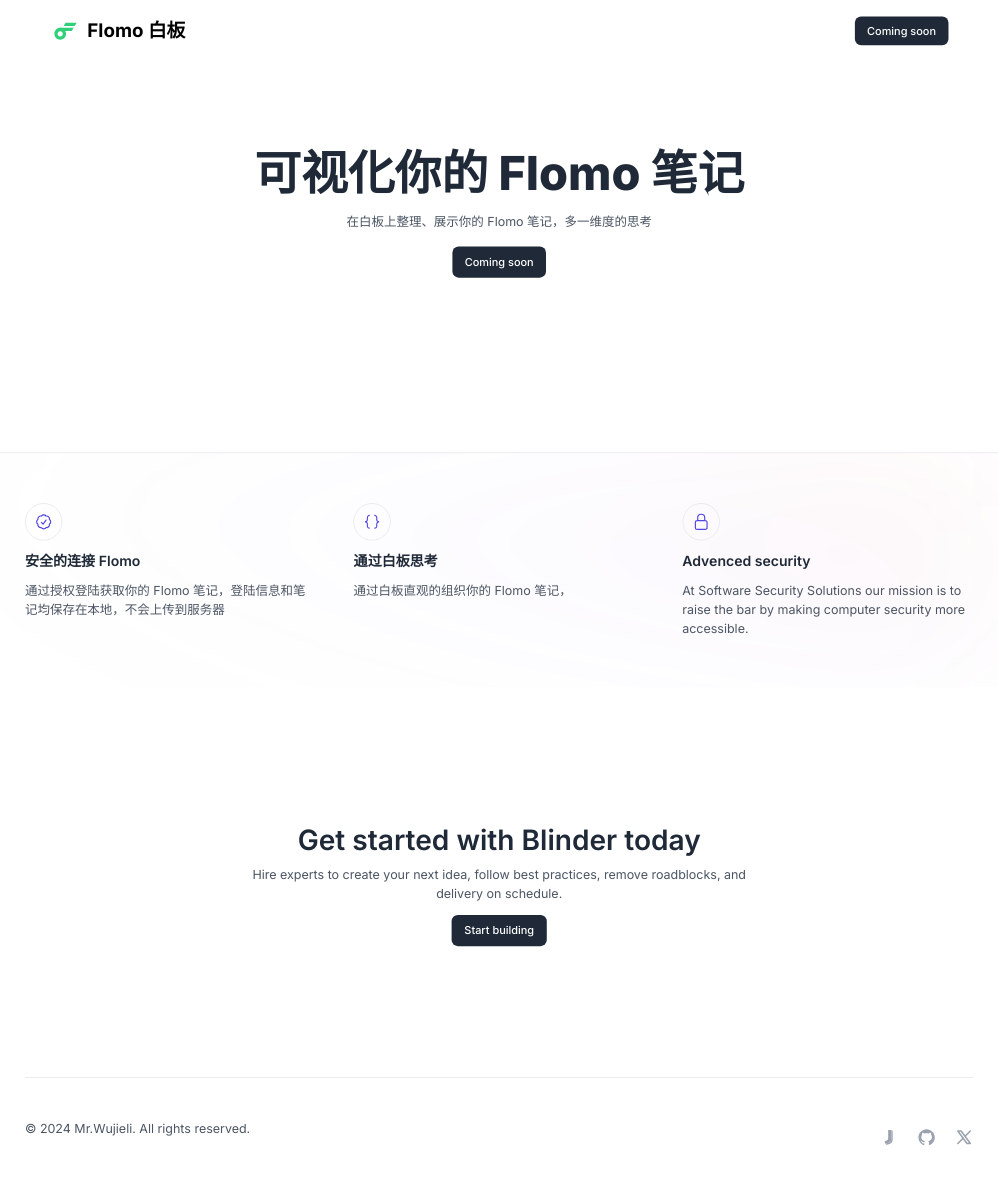
Repository: wujieli0207/flomo-board
Page: /
The author's editor kept a copy of each file at every save. The page is drawn from the files as they stood at one save, then again after the next save.
The browser window is 1280 px wide. The pictures show the whole page, at 78% of full size.
The project was rebuilt for these pictures with package versions that can differ from the ones it lists, and the page was loaded fresh each time. The framework's server and built-in components were replaced by stand-ins that run in the browser. Also part of the build but not shown: next.config.mjs.

Above is the page before, as saved 2024-06-22 20:23:14.

### app/page.tsx
import GradientWrapper from '@/components/GradientWrapper'
import Features from '@/components/ui/Features'
import Footer from '@/components/ui/Footer'
import FooterCTA from '@/components/ui/FooterCTA'
import Hero from '@/components/ui/Hero'
import Navbar from '@/components/ui/Navbar'

export default function Home() {
  return (
    <>
      <Navbar />
      <main className="flex min-h-screen flex-col items-center justify-between">
        <Hero />
        <GradientWrapper>
          <Features />
        </GradientWrapper>
        <FooterCTA />
      </main>
      <Footer />
    </>
  )
}

### app/globals.css
@tailwind base;
@tailwind components;
@tailwind utilities;

.custom-screen {
  @apply max-w-screen-xl mx-auto px-4 md:px-8;
}

.gradient-border {
  border: 1px solid transparent;
  background: linear-gradient(white, white),
    linear-gradient(
      25deg,
      rgba(209, 213, 219, 1),
      rgba(209, 213, 219, 1),
      rgba(0, 0, 0, 0.63),
      rgba(209, 213, 219, 1),
      rgba(209, 213, 219, 1)
    );
  background-clip: padding-box, border-box;
  background-origin: padding-box, border-box;
}

### components/GradientWrapper.tsx
import { ReactNode } from 'react'

interface IProps {
  children: ReactNode
  className?: string
}

const GradientWrapper = ({ children, className = '' }: IProps) => (
  <div
    className={`relative overflow-hidden my-16 border-t sm:my-28 ${
      className ?? ''
    }`}
  >
    <div
      className="blur-[100px] absolute inset-0 w-full h-full"
      style={{
        background:
          'linear-gradient(202.72deg, rgba(237, 78, 80, 0.05) 14.76%, rgba(152, 103, 240, 0.04) 34.37%, rgba(152, 103, 240, 0) 86.62%)',
      }}
    ></div>
    <div className="relative">{children}</div>
  </div>
)

export default GradientWrapper

### components/ui/Features/index.tsx
import SectionWrapper from '../../SectionWrapper'

const Features = () => {
  const features = [
    {
      icon: (
        <svg
          xmlns="http://www.w3.org/2000/svg"
          fill="none"
          viewBox="0 0 24 24"
          strokeWidth={1.5}
          stroke="currentColor"
          className="w-6 h-6"
        >
          <path
            strokeLinecap="round"
            strokeLinejoin="round"
            d="M9 12.75L11.25 15 15 9.75M21 12c0 1.268-.63 2.39-1.593 3.068a3.745 3.745 0 01-1.043 3.296 3.745 3.745 0 01-3.296 1.043A3.745 3.745 0 0112 21c-1.268 0-2.39-.63-3.068-1.593a3.746 3.746 0 01-3.296-1.043 3.745 3.745 0 01-1.043-3.296A3.745 3.745 0 013 12c0-1.268.63-2.39 1.593-3.068a3.745 3.745 0 011.043-3.296 3.746 3.746 0 013.296-1.043A3.746 3.746 0 0112 3c1.268 0 2.39.63 3.068 1.593a3.746 3.746 0 013.296 1.043 3.746 3.746 0 011.043 3.296A3.745 3.745 0 0121 12z"
          />
        </svg>
      ),
      title: '安全的连接 Flomo',
      desc: '通过授权登陆获取你的 Flomo 笔记，登陆信息和笔记均保存在本地，不会上传到服务器',
    },
    {
      icon: (
        <svg
          className="w-6 h-6"
          viewBox="0 0 24 24"
          fill="none"
          xmlns="http://www.w3.org/2000/svg"
        >
          <path
            fill-rule="evenodd"
            clip-rule="evenodd"
            d="M9 4.476V3H8.865C8.3955 3 7.941 3.093 7.5015 3.2775C7.06407 3.46087 6.66854 3.73136 6.339 4.0725C6.01829 4.39483 5.76667 4.77915 5.5995 5.202V5.2035C5.45069 5.60502 5.35097 6.02305 5.3025 6.4485V6.4515C5.25984 6.8816 5.24781 7.31419 5.2665 7.746C5.2845 8.181 5.2935 8.616 5.2935 9.0495C5.2935 9.354 5.2335 9.639 5.118 9.9075V9.909C4.89786 10.433 4.48805 10.8546 3.9705 11.0895C3.70659 11.2048 3.42148 11.2635 3.1335 11.262H3V12.738H3.135C3.4275 12.738 3.705 12.798 3.969 12.9195L3.9705 12.921C4.2375 13.038 4.464 13.197 4.653 13.398L4.656 13.401C4.851 13.596 5.0055 13.8285 5.1165 14.0985L5.118 14.1015C5.235 14.3715 5.2935 14.6535 5.2935 14.9505C5.2935 15.3855 5.2845 15.8205 5.2665 16.254C5.2485 16.698 5.2605 17.1315 5.3025 17.559V17.5605C5.352 17.985 5.451 18.3975 5.598 18.7965V18.798C5.757 19.2075 6.0045 19.584 6.339 19.9275C6.6735 20.2725 7.062 20.538 7.5015 20.7225C7.941 20.907 8.3955 21 8.8665 21H9V19.524H8.865C8.565 19.524 8.2845 19.467 8.0205 19.3515C7.76585 19.2325 7.53389 19.0701 7.335 18.8715C7.14192 18.666 6.98519 18.4291 6.8715 18.171C6.7605 17.901 6.7065 17.616 6.7065 17.3115C6.7065 16.9695 6.711 16.632 6.723 16.3035C6.735 15.9615 6.735 15.6285 6.723 15.306C6.71771 14.9845 6.69015 14.6637 6.6405 14.346C6.59278 14.0326 6.50819 13.726 6.3885 13.4325C6.15504 12.8646 5.77322 12.3698 5.283 12C5.77377 11.6304 6.15612 11.1356 6.39 10.5675C6.51 10.2795 6.5925 9.978 6.642 9.6645C6.6915 9.3495 6.7185 9.03 6.7245 8.7045C6.7365 8.3745 6.7365 8.0415 6.7245 7.7055C6.7125 7.3695 6.7065 7.0305 6.7065 6.6885C6.7039 6.25858 6.82703 5.83727 7.06076 5.47643C7.29448 5.11558 7.6286 4.83093 8.022 4.6575C8.28687 4.53605 8.57512 4.4741 8.8665 4.476H9ZM15 19.524V21H15.135C15.6045 21 16.059 20.907 16.4985 20.7225C16.938 20.538 17.3265 20.2725 17.661 19.9275C17.9955 19.5825 18.243 19.2075 18.4005 18.798V18.7965C18.5505 18.3975 18.648 17.982 18.6975 17.5515V17.5485C18.7395 17.1285 18.7515 16.698 18.7335 16.254C18.7155 15.819 18.7065 15.384 18.7065 14.9505C18.7065 14.646 18.7665 14.361 18.882 14.0925V14.091C19.1019 13.5668 19.5118 13.1452 20.0295 12.9105C20.2935 12.7954 20.5785 12.7367 20.8665 12.738H21V11.262H20.865C20.571 11.262 20.2935 11.202 20.0295 11.0805L20.028 11.079C19.7705 10.968 19.5382 10.8057 19.3455 10.602L19.3425 10.599C19.1443 10.3993 18.9878 10.1622 18.882 9.9015V9.8985C18.7648 9.63083 18.7045 9.34171 18.705 9.0495C18.705 8.6145 18.714 8.1795 18.732 7.746C18.7507 7.3107 18.7387 6.87461 18.696 6.441V6.4395C18.6474 6.01715 18.5482 5.60217 18.4005 5.2035V5.202C18.2329 4.77902 17.9807 4.39469 17.6595 4.0725C17.3299 3.7314 16.9344 3.46091 16.497 3.2775C16.0653 3.09415 15.601 2.99977 15.132 3H15V4.476H15.135C15.435 4.476 15.7155 4.533 15.978 4.6485C16.239 4.7715 16.467 4.9305 16.6635 5.1285C16.854 5.3295 17.0085 5.5635 17.127 5.829C17.238 6.099 17.292 6.384 17.292 6.6885C17.292 7.0305 17.2875 7.3665 17.2755 7.6965C17.2635 8.0385 17.2635 8.3715 17.2755 8.694C17.2815 9.027 17.3085 9.3465 17.358 9.654C17.4075 9.975 17.4915 10.278 17.61 10.5675C17.8439 11.1356 18.2263 11.6303 18.717 12C18.2263 12.3697 17.8439 12.8644 17.61 13.4325C17.4912 13.7227 17.4066 14.0257 17.358 14.3355C17.3085 14.6505 17.2815 14.97 17.2755 15.2955C17.2634 15.6284 17.2634 15.9616 17.2755 16.2945C17.2875 16.6305 17.2935 16.9695 17.2935 17.3115C17.2959 17.7414 17.1727 18.1626 16.939 18.5234C16.7053 18.8842 16.3713 19.1689 15.978 19.3425C15.7131 19.4639 15.4249 19.5259 15.1335 19.524H15Z"
            fill="currentColor"
          />
        </svg>
      ),
      title: '通过白板思考',
      desc: '通过白板直观的组织你的 Flomo 笔记，',
    },
    {
      icon: (
        <svg
          xmlns="http://www.w3.org/2000/svg"
          fill="none"
          viewBox="0 0 24 24"
          strokeWidth={1.5}
          stroke="currentColor"
          className="w-6 h-6"
        >
          <path
            strokeLinecap="round"
            strokeLinejoin="round"
            d="M16.5 10.5V6.75a4.5 4.5 0 10-9 0v3.75m-.75 11.25h10.5a2.25 2.25 0 002.25-2.25v-6.75a2.25 2.25 0 00-2.25-2.25H6.75a2.25 2.25 0 00-2.25 2.25v6.75a2.25 2.25 0 002.25 2.25z"
          />
        </svg>
      ),
      title: 'Advenced security',
      desc: 'At Software Security Solutions our mission is to raise the bar by making computer security more accessible.',
    },
  ]

  return (
    <SectionWrapper>
      <div id="features" className="custom-screen text-gray-600">
        <ul className="grid gap-x-12 gap-y-8 sm:grid-cols-2 lg:grid-cols-3">
          {features.map((item, idx) => (
            <li key={idx} className="space-y-3">
              <div className="w-12 h-12 border text-indigo-600 rounded-full flex items-center justify-center">
                {item.icon}
              </div>
              <h4 className="text-lg text-gray-800 font-semibold">
                {item.title}
              </h4>
              <p>{item.desc}</p>
            </li>
          ))}
        </ul>
      </div>
    </SectionWrapper>
  )
}

export default Features

### components/ui/Footer/index.tsx
import Link from 'next/link'

const socialInfo = [
  {
    icon: (
      <svg
        className="fill-current h-6"
        viewBox="0 0 1024 1024"
        version="1.1"
        xmlns="http://www.w3.org/2000/svg"
        p-id="11966"
      >
        <path
          d="M297.88660622 864.60698169a17.99472925 17.99472925 0 0 1-1.92238933 0.35535076l61.27179093 59.73970488c58.91832035-5.41181725 116.59000035-20.90744035 159.05150293-36.26325333 42.49645511-15.39076551 77.44316302-35.15642311 104.9100288-59.38435413a221.79130027 221.79130027 0 0 0 61.02129778-87.27647574c13.18293049-33.98551325 19.77148302-73.20225565 19.77148302-117.66187804V404.55008711c0-49.51608889 0.18058809-92.43779982 0.53593885-128.73600569 0.35535075-36.3331584 0.57089138-69.10698382 0.57089138-98.42633387l-68.53609245-54.67741297c0 29.24361955-0.18058809 62.01744498-0.53593884 98.31565084s-0.53593885 79.22574222-0.53593884 128.73600569v219.57763982c0 44.45379698-6.58855253 83.6763648-19.77148303 117.62692552a221.8786816 221.8786816 0 0 1-61.02129777 87.27647573c-27.43191325 24.2221056-62.40774827 44.02854115-104.9100288 59.38435413-41.93138915 15.16357405-91.9076864 25.49787307-149.89976463 30.97959538z"
          p-id="11967"
        ></path>
        <path
          d="M634.59018525 122.59965155c0 29.27857209-0.21554062 62.08735005-0.57089138 98.39138134a13396.43221333 13396.43221333 0 0 0-0.53593885 128.77678364v219.57763982c0 44.45379698-6.58855253 83.6763648-19.80643555 117.62692552a221.85537991 221.85537991 0 0 1-60.98634525 87.27647573c-27.46686578 24.2221056-62.44852622 44.02854115-104.9100288 59.38435413s-93.15432675 25.75419165-152.07264711 31.17183432l-33.05927111-142.02379378c26.85519645-2.98261618 53.48320142-7.79441493 79.68595058-14.38879289a165.97210453 165.97210453 0 0 0 59.62902187-28.46301298c18.05880889-14.06839467 31.70194773-31.77767822 40.96436906-53.1103744 9.19251627-21.3385216 13.78294898-49.51608889 13.78294898-84.5676544 0-28.21251982 0.1048576-57.92217315 0.28544569-89.19886507 0.18058809-31.24173938 0.25049315-63.51457849 0.25049315-96.74861226 0-57.85226809-0.25049315-103.83815111-0.786432-137.99842702-0.57089138-34.16027591-0.9961472-66.04281173-1.35149795-95.68256h179.42882987l0.0524288-0.0233017z"
          p-id="11968"
        ></path>
      </svg>
    ),
    href: 'https://web.okjike.com/u/737645D8-42B5-4B4F-9687-DCA50D85DE1A',
  },
  {
    icon: (
      <svg
        className="fill-current h-6 icon"
        viewBox="0 0 1024 1024"
        version="1.1"
        xmlns="http://www.w3.org/2000/svg"
        p-id="10708"
      >
        <path
          d="M511.6 76.3C264.3 76.2 64 276.4 64 523.5 64 718.9 189.3 885 363.8 946c23.5 5.9 19.9-10.8 19.9-22.2v-77.5c-135.7 15.9-141.2-73.9-150.3-88.9C215 726 171.5 718 184.5 703c30.9-15.9 62.4 4 98.9 57.9 26.4 39.1 77.9 32.5 104 26 5.7-23.5 17.9-44.5 34.7-60.8-140.6-25.2-199.2-111-199.2-213 0-49.5 16.3-95 48.3-131.7-20.4-60.5 1.9-112.3 4.9-120 58.1-5.2 118.5 41.6 123.2 45.3 33-8.9 70.7-13.6 112.9-13.6 42.4 0 80.2 4.9 113.5 13.9 11.3-8.6 67.3-48.8 121.3-43.9 2.9 7.7 24.7 58.3 5.5 118 32.4 36.8 48.9 82.7 48.9 132.3 0 102.2-59 188.1-200 212.9 23.5 23.2 38.1 55.4 38.1 91v112.5c0.8 9 0 17.9 15 17.9 177.1-59.7 304.6-227 304.6-424.1 0-247.2-200.4-447.3-447.5-447.3z"
          p-id="10709"
        ></path>
      </svg>
    ),
    href: 'https://github.com/wujieli0207',
  },
  {
    icon: (
      <svg
        xmlns="http://www.w3.org/2000/svg"
        width="24"
        height="24"
        viewBox="0 0 24 24"
        fill="none"
        stroke="currentColor"
        stroke-width="2"
        stroke-linecap="round"
        stroke-linejoin="round"
      >
        <path stroke="none" d="M0 0h24v24H0z" fill="none" />
        <path d="M4 4l11.733 16h4.267l-11.733 -16z" />
        <path d="M4 20l6.768 -6.768m2.46 -2.46l6.772 -6.772" />
      </svg>
    ),
    href: 'https://x.com/li_wujie',
  },
]

const Footer = () => (
  <footer>
    <div className="custom-screen pt-16">
      <div className="mt-10 py-10 border-t items-center justify-between sm:flex">
        <p className="text-gray-600">
          © 2024{' '}
          <Link
            href="https://wujieli.com"
            target="_blank"
            className="hover:text-gray-800 hover:underline duration-150"
          >
            Mr.Wujieli
          </Link>
          . All rights reserved.
        </p>
        <div className="flex items-center gap-x-6 text-gray-400 mt-6">
          {socialInfo.map((item, idx) => (
            <a
              key={idx}
              href={item.href}
              aria-label="social media"
              target="_blank"
              rel="noreferrer"
            >
              {item.icon}
            </a>
          ))}
        </div>
      </div>
    </div>
  </footer>
)

export default Footer

### components/ui/FooterCTA/index.tsx
import SectionWrapper from '../../SectionWrapper'
import NavLink from '../NavLink'

const FooterCTA = () => (
  <SectionWrapper>
    <div className="custom-screen">
      <div className="max-w-2xl mx-auto text-center">
        <h2 className="text-gray-800 text-3xl font-semibold sm:text-4xl">
          Get started with Blinder today
        </h2>
        <p className="mt-3 text-gray-600">
          Hire experts to create your next idea, follow best practices, remove
          roadblocks, and delivery on schedule.
        </p>
        <NavLink
          href="/get-started"
          className="mt-4 inline-block font-medium text-sm text-white bg-gray-800 hover:bg-gray-600 active:bg-gray-900"
        >
          Start building
        </NavLink>
      </div>
    </div>
  </SectionWrapper>
)

export default FooterCTA

### components/ui/Hero/index.tsx
import NavLink from '../NavLink'

const Hero = () => (
  <section>
    <div className="custom-screen py-28 text-gray-600">
      <div className="space-y-5 max-w-4xl mx-auto text-center">
        <h1 className="text-4xl text-gray-800 font-extrabold mx-auto sm:text-6xl">
          可视化你的 Flomo 笔记
        </h1>
        <p className="max-w-xl mx-auto">
          在白板上整理、展示你的 Flomo 笔记，多一维度的思考
        </p>
        <div className="flex items-center justify-center gap-x-3 font-medium text-sm">
          <NavLink
            href="/"
            className="text-white bg-gray-800 hover:bg-gray-600 active:bg-gray-900 "
          >
            Coming soon
          </NavLink>
          {/* <NavLink
            href="#cta"
            className="text-gray-700 border hover:bg-gray-50"
          >
            Learn more
          </NavLink> */}
        </div>
      </div>
    </div>
  </section>
)

export default Hero

### components/ui/Navbar/index.tsx
'use client'

import Link from 'next/link'
import { useEffect, useState } from 'react'
import Brand from '../Brand'
import NavLink from '../NavLink'

const Navbar = () => {
  const [state, setState] = useState(false)
  // const { events } = useRouter()

  // const navigation = [{ title: 'Features', path: '#features' }]

  useEffect(() => {
    // Close the navbar menu when navigate
    const handleState = () => {
      document.body.classList.remove('overflow-hidden')
      setState(false)
    }
    // events.on('routeChangeStart', () => handleState())
    // events.on('hashChangeStart', () => handleState())
  }, [])

  const handleNavMenu = () => {
    setState(!state)
    document.body.classList.toggle('overflow-hidden')
  }

  return (
    <nav
      className={`bg-white w-full px-8 md:static md:text-sm ${
        state ? 'fixed z-10 h-full' : ''
      }`}
    >
      <div className="custom-screen items-center mx-auto md:flex">
        <div className="flex items-center justify-between py-3 md:py-5 md:block">
          <Brand />
          <div className="md:hidden">
            <button
              role="button"
              aria-label="Open the menu"
              className="text-gray-500 hover:text-gray-800"
              onClick={handleNavMenu}
            >
              {state ? (
                <svg
                  xmlns="http://www.w3.org/2000/svg"
                  className="h-6 w-6"
                  viewBox="0 0 20 20"
                  fill="currentColor"
                >
                  <path
                    fillRule="evenodd"
                    d="M4.293 4.293a1 1 0 011.414 0L10 8.586l4.293-4.293a1 1 0 111.414 1.414L11.414 10l4.293 4.293a1 1 0 01-1.414 1.414L10 11.414l-4.293 4.293a1 1 0 01-1.414-1.414L8.586 10 4.293 5.707a1 1 0 010-1.414z"
                    clipRule="evenodd"
                  />
                </svg>
              ) : (
                <svg
                  xmlns="http://www.w3.org/2000/svg"
                  fill="none"
                  viewBox="0 0 24 24"
                  strokeWidth={1.5}
                  stroke="currentColor"
                  className="w-6 h-6"
                >
                  <path
                    strokeLinecap="round"
                    strokeLinejoin="round"
                    d="M3.75 6.75h16.5M3.75 12h16.5m-16.5 5.25h16.5"
                  />
                </svg>
              )}
            </button>
          </div>
        </div>
        <div
          className={`flex-1 pb-3 mt-8 md:pb-0 md:mt-0 md:block ${
            state ? '' : 'hidden'
          }`}
        >
          <ul className="text-gray-700 justify-end items-center space-y-6 md:flex md:space-x-6 md:space-y-0 md:text-gray-600 md:font-medium">
            {/* {navigation.map((item, idx) => {
              return (
                <li key={idx} className="duration-150 hover:text-gray-900">
                  <Link href={item.path} className="block">
                    {item.title}
                  </Link>
                </li>
              )
            })} */}
            <li>
              <NavLink
                href="/"
                className="block font-medium text-sm text-white bg-gray-800 hover:bg-gray-600 active:bg-gray-900 md:inline"
              >
                Coming soon
              </NavLink>
            </li>
          </ul>
        </div>
      </div>
    </nav>
  )
}

export default Navbar

### components/SectionWrapper.tsx
import { ReactNode } from 'react'

interface IProps {
  children: ReactNode
  id?: string
  className?: string
}

const SectionWrapper = ({ children, id, className }: IProps) => (
  <section id={id} className={`py-16 ${className ?? ''}`}>
    {children}
  </section>
)

export default SectionWrapper

### components/ui/NavLink/index.tsx
import Link from 'next/link'
import { ReactNode } from 'react'

interface IProps {
  children: ReactNode
  href: string
  className?: string
}

const NavLink = ({ children, href, className = '' }: IProps) => (
  <Link
    href={href}
    className={`py-2.5 px-4 text-center rounded-lg duration-150 ${className}`}
  >
    {children}
  </Link>
)

export default NavLink

### components/ui/Brand/index.tsx
import Image from 'next/image'
import Link from 'next/link'

const Brand = () => (
  <Link href="/" className="flex items-center">
    <Image src="/logo.svg" width={40} height={40} alt="logo" />
    <h1 className="ml-2 text-2xl font-bold">Flomo 白板</h1>
  </Link>
)
export default Brand

### tailwind.config.ts
import type { Config } from 'tailwindcss'

const config: Config = {
  content: [
    './pages/**/*.{js,ts,jsx,tsx,mdx}',
    './components/**/*.{js,ts,jsx,tsx,mdx}',
    './app/**/*.{js,ts,jsx,tsx,mdx}',
  ],
  theme: {
    extend: {
      backgroundImage: {
        'gradient-radial': 'radial-gradient(var(--tw-gradient-stops))',
        'gradient-conic':
          'conic-gradient(from 180deg at 50% 50%, var(--tw-gradient-stops))',
      },
    },
  },
  plugins: [
    require('@tailwindcss/forms')({
      strategy: 'class', // only generate classes
    }),
  ],
}
export default config

Loaded but not shown: app/layout.tsx (common file)

After the next save:
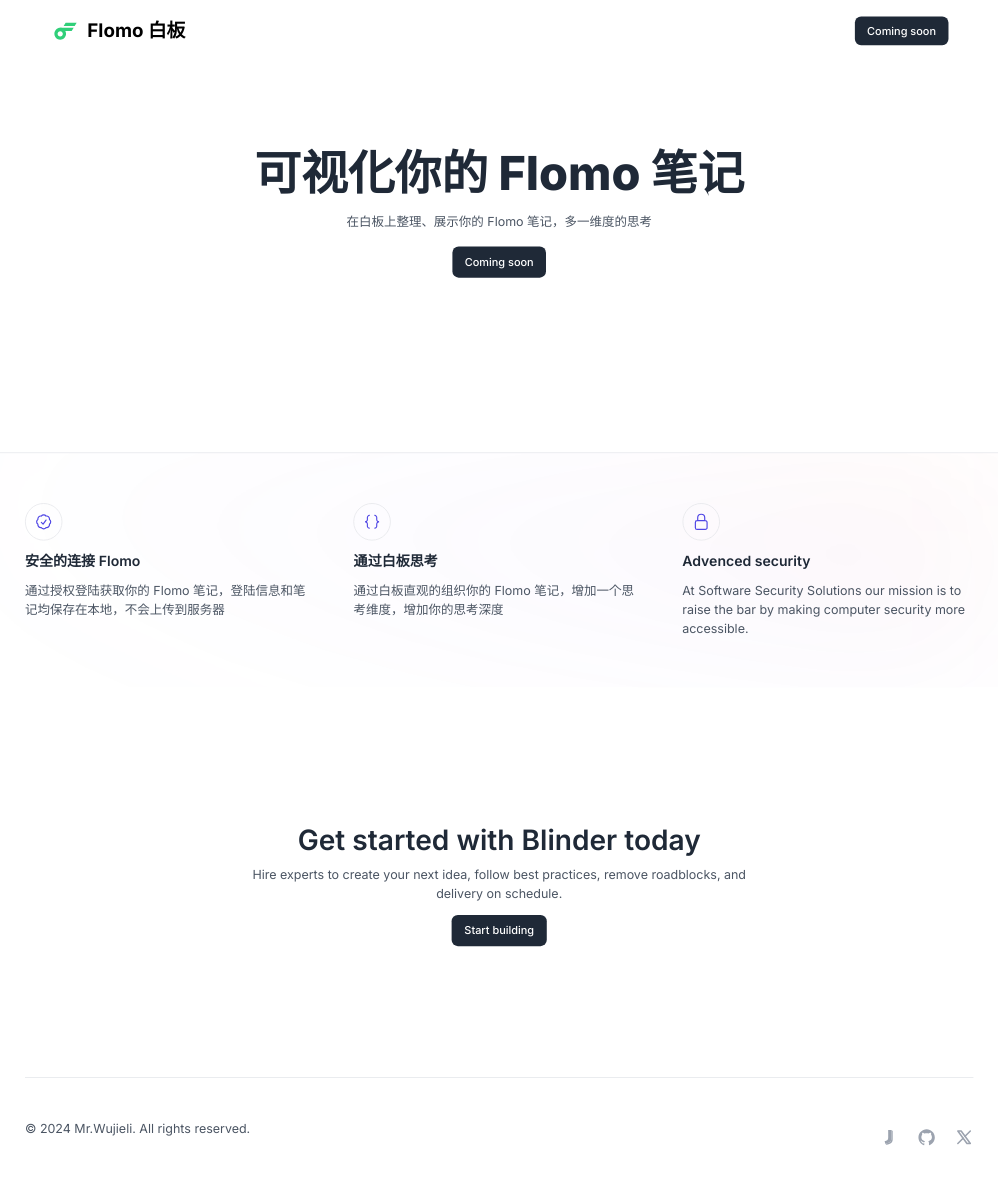
Saved 48 s later.
--- a/components/ui/Features/index.tsx
+++ b/components/ui/Features/index.tsx
@@ -39,7 +39,7 @@
         </svg>
       ),
       title: '通过白板思考',
-      desc: '通过白板直观的组织你的 Flomo 笔记，',
+      desc: '通过白板直观的组织你的 Flomo 笔记，增加一个思考维度，增加你的思考深度',
     },
     {
       icon: (
